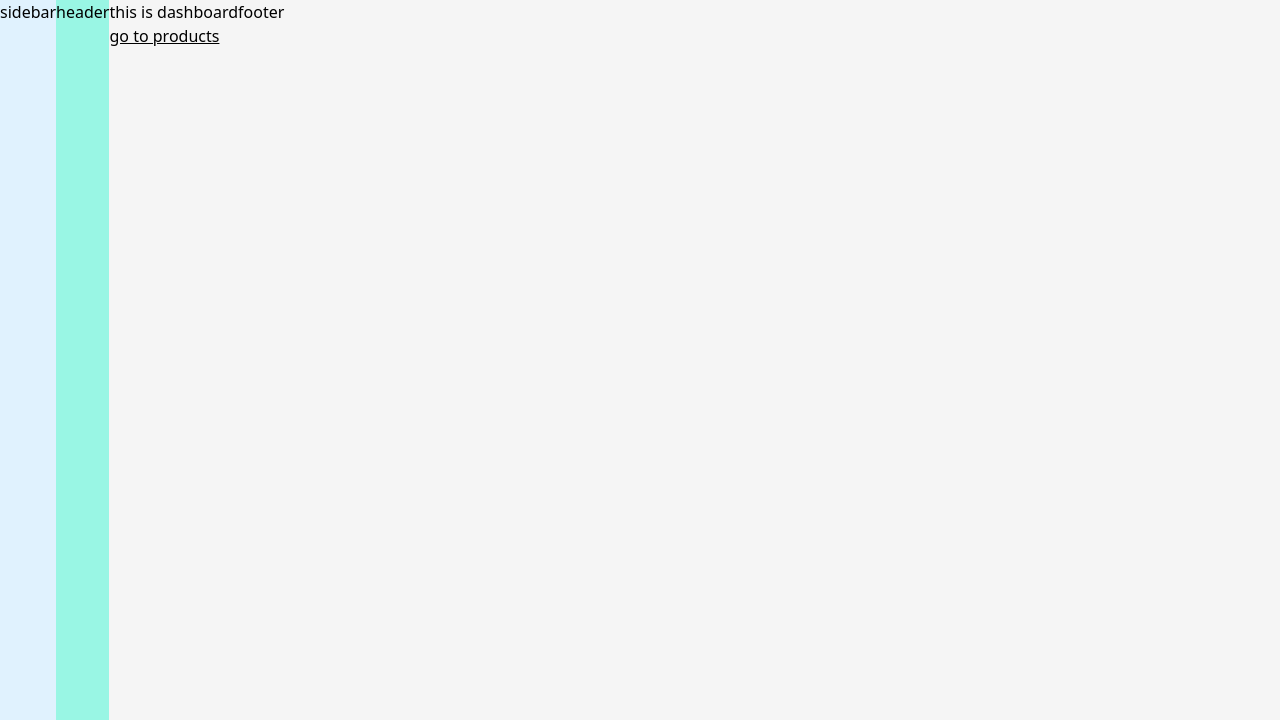
Repository: Mayar2222/Dashboard
Page: /
An editor plug-in stored every save of this project. The page is shown before and after a run of saves, followed by the edit.
The browser window is 1280 px wide. The pictures show the whole page.
The project was rebuilt for these pictures with package versions that can differ from the ones it lists, and the page was loaded fresh each time. Also part of the build but not shown: src/components/Products.jsx.

Above is the page before, as saved 2024-07-17 20:37:13.

After the next 7 saves:
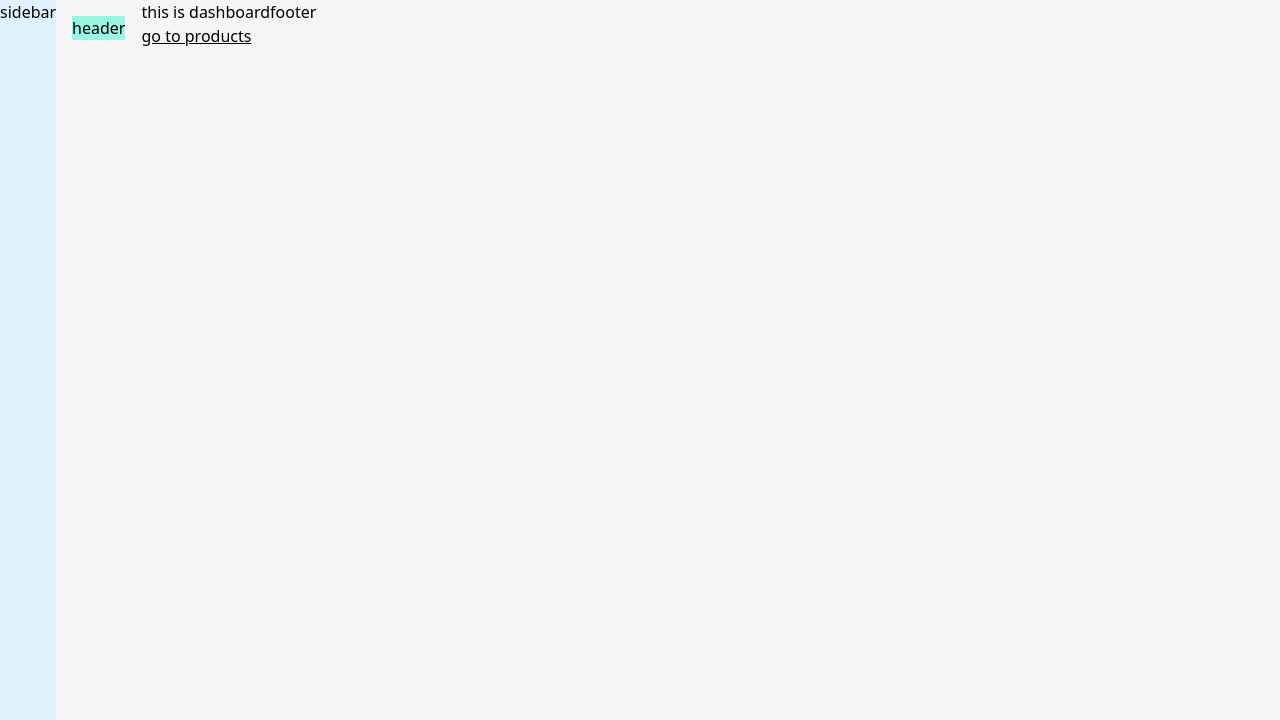
The 7 saves are shown as one change because 1 did not build or start and some came seconds apart.
The last was saved 49 s later.
--- a/src/components/shared/Layout.jsx
+++ b/src/components/shared/Layout.jsx
@@ -4,7 +4,10 @@ export default function Layout() {
   return (
     <div className='flex flex-row bg-neutral-100 h-screen w-screen overflow-hidden'>
       <div  className='bg-sky-100'>sidebar</div>
+      <div className='p-4'>
       <div className='bg-teal-200'>header</div>
+      </div>
+
       <div>{<Outlet/>}</div>
       <p>footer</p>
     </div>
